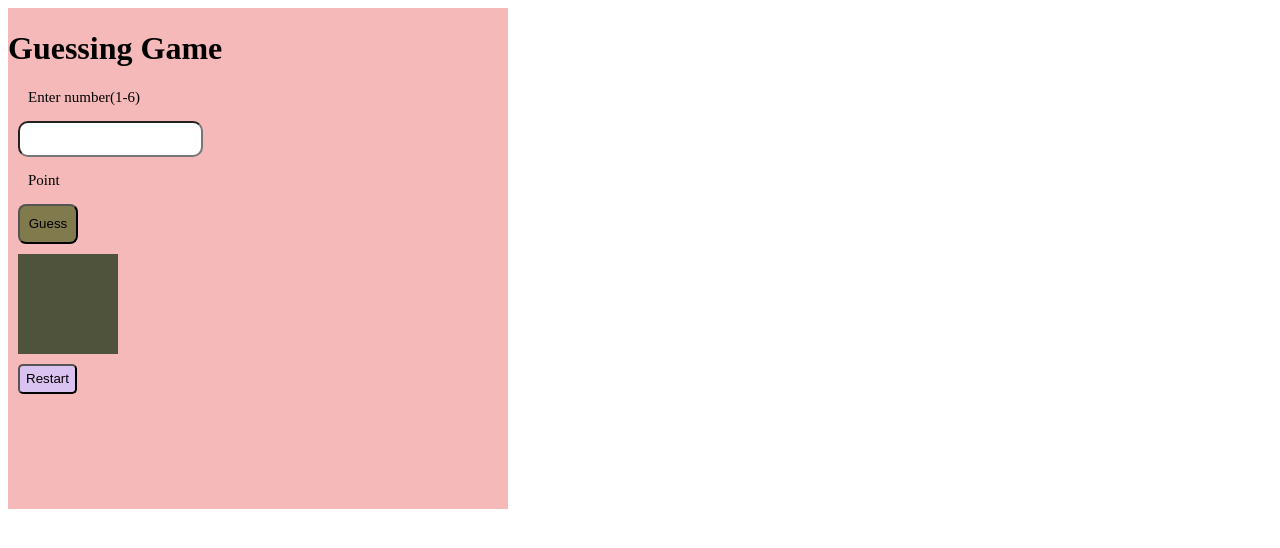
Repository: AniAntonyan/GuessingGame
Page: index.html
These files come from the project's save history. The page is drawn as it stood at one moment and after a run of saves; the edit follows.
The browser window is 1280 px wide. The pictures show the whole page.

Above is the page before, as saved 2022-02-27 17:32:08.

After the next 2 saves:
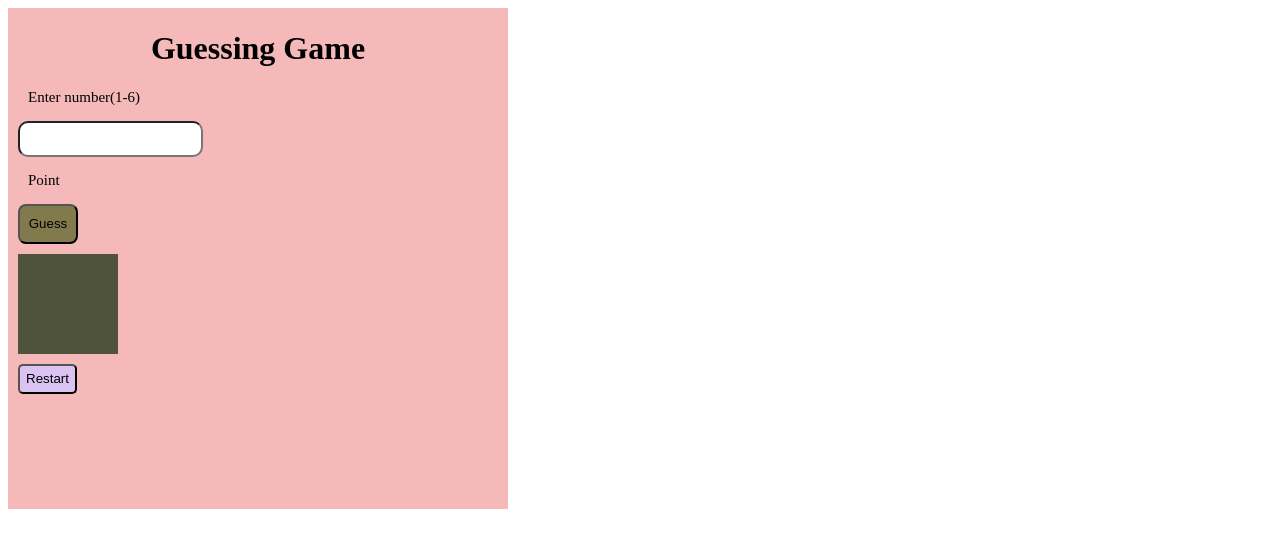
The 2 saves are shown as one change because they came seconds apart.
The last was saved 10 s later.
--- a/style.css
+++ b/style.css
@@ -9,7 +9,7 @@
     margin-left: 20px;
 }
 h1{
-    marg;
+    text-align: center;
 }
 
 #num{
